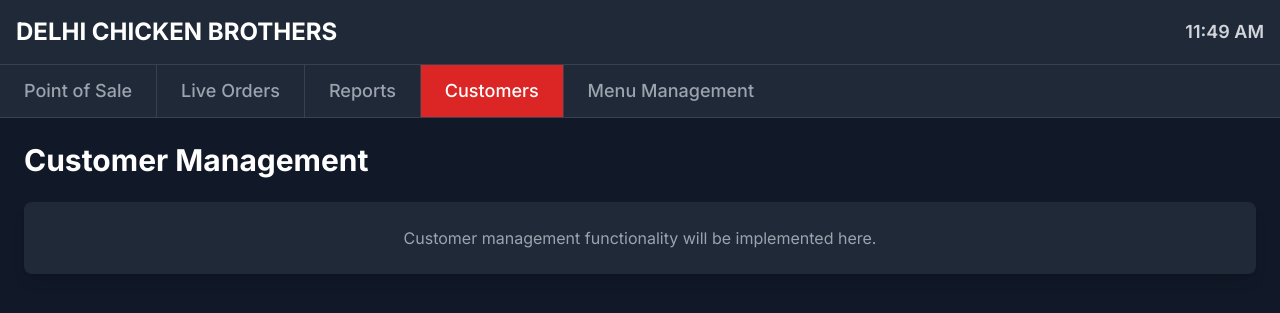
Repository: roydigital/dcb-pos-app
Page: customers.html
An editor plug-in stored every save of this project. The page is shown before and after the next save, followed by the edit.
The browser window is 1280 px wide. The pictures show the whole page.
The page's requests for data from a server got no answer. Some web libraries are served in a nearby version.

Above is the page before, as saved 2025-09-15 16:44:04.

After the next save:
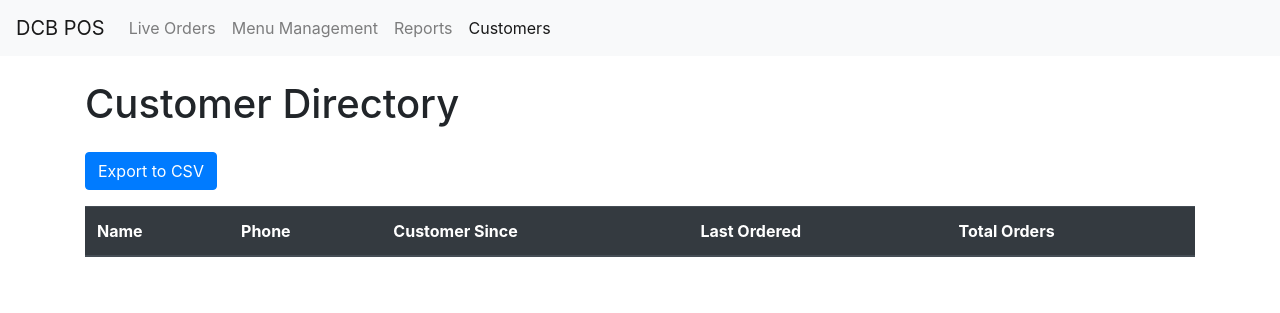
Saved 3 min 1 s later.
--- a/customers.html
+++ b/customers.html
@@ -3,56 +3,92 @@
 <head>
     <meta charset="UTF-8">
     <meta name="viewport" content="width=device-width, initial-scale=1.0">
-    <title>Customers - DCB POS</title>
-    <script src="https://cdn.tailwindcss.com"></script>
-    <link rel="preconnect" href="https://fonts.googleapis.com">
-    <link rel="preconnect" href="https://fonts.gstatic.com" crossorigin>
-    <link href="https://fonts.googleapis.com/css2?family=Inter:wght@400;500;600;700&display=swap" rel="stylesheet">
-    <style>
-        body {
-            font-family: 'Inter', sans-serif;
-        }
-    </style>
+    <title>Customer Directory</title>
+    <link rel="stylesheet" href="https://stackpath.bootstrapcdn.com/bootstrap/4.5.2/css/bootstrap.min.css">
 </head>
-<body class="bg-gray-900 text-gray-200">
-    <div class="flex flex-col h-screen">
-        <!-- Header -->
-        <header class="bg-gray-800 p-4 flex justify-between items-center shadow-md">
-            <h1 class="text-2xl font-bold text-white">DELHI CHICKEN BROTHERS</h1>
-            <div id="current-time" class="text-lg font-semibold text-gray-300"></div>
-        </header>
+<body>
+    <nav class="navbar navbar-expand-lg navbar-light bg-light">
+        <a class="navbar-brand" href="#">DCB POS</a>
+        <div class="collapse navbar-collapse">
+            <ul class="navbar-nav mr-auto">
+                <li class="nav-item">
+                    <a class="nav-link" href="/index.html">Live Orders</a>
+                </li>
+                <li class="nav-item">
+                    <a class="nav-link" href="/menu-management.html">Menu Management</a>
+                </li>
+                <li class="nav-item">
+                    <a class="nav-link" href="/reports.html">Reports</a>
+                </li>
+                <li class="nav-item active">
+                    <a class="nav-link" href="/customers.html">Customers <span class="sr-only">(current)</span></a>
+                </li>
+            </ul>
+        </div>
+    </nav>
 
-        <!-- Navigation Bar -->
-        <nav class="bg-gray-800 border-t border-b border-gray-700">
-            <div class="flex">
-                <a href="index.html" class="px-6 py-3 text-lg font-medium text-gray-400 hover:bg-gray-700 border-r border-gray-700">Point of Sale</a>
-                <a href="live-orders.html" class="px-6 py-3 text-lg font-medium text-gray-400 hover:bg-gray-700 border-r border-gray-700">Live Orders</a>
-                <a href="reports.html" class="px-6 py-3 text-lg font-medium text-gray-400 hover:bg-gray-700 border-r border-gray-700">Reports</a>
-                <a href="customers.html" class="px-6 py-3 text-lg font-medium bg-red-600 text-white border-r border-gray-700">Customers</a>
-                <a href="menu-management.html" class="px-6 py-3 text-lg font-medium text-gray-400 hover:bg-gray-700">Menu Management</a>
-            </div>
-        </nav>
-
-        <!-- Main Content -->
-        <main class="flex-grow p-6">
-            <h2 class="text-3xl font-bold text-white mb-6">Customer Management</h2>
-            <!-- Customer management content will go here -->
-             <div class="bg-gray-800 rounded-lg shadow-lg p-6">
-                <p class="text-center text-gray-400">Customer management functionality will be implemented here.</p>
-            </div>
-        </main>
+    <div class="container mt-4">
+        <h1 class="mb-4">Customer Directory</h1>
+        <button id="export-btn" class="btn btn-primary mb-3">Export to CSV</button>
+        <table class="table table-striped">
+            <thead class="thead-dark">
+                <tr>
+                    <th>Name</th>
+                    <th>Phone</th>
+                    <th>Customer Since</th>
+                    <th>Last Ordered</th>
+                    <th>Total Orders</th>
+                </tr>
+            </thead>
+            <tbody id="customer-table-body">
+                <!-- Customer data will be inserted here -->
+            </tbody>
+        </table>
     </div>
 
     <script>
-        function updateTime() {
-            const timeEl = document.getElementById('current-time');
-            const now = new Date();
-            timeEl.textContent = now.toLocaleTimeString('en-US', { hour: '2-digit', minute: '2-digit', hour12: true });
+        document.addEventListener('DOMContentLoaded', fetchAndDisplayCustomers);
+
+        async function fetchAndDisplayCustomers() {
+            try {
+                const response = await fetch('/api/customers');
+                const customers = await response.json();
+                const tableBody = document.getElementById('customer-table-body');
+                tableBody.innerHTML = ''; // Clear existing rows
+
+                customers.forEach(customer => {
+                    const row = document.createElement('tr');
+
+                    const nameCell = document.createElement('td');
+                    nameCell.textContent = customer.name;
+                    row.appendChild(nameCell);
+
+                    const phoneCell = document.createElement('td');
+                    phoneCell.textContent = customer.phone;
+                    row.appendChild(phoneCell);
+
+                    const sinceCell = document.createElement('td');
+                    sinceCell.textContent = new Date(customer.createdAt).toLocaleDateString();
+                    row.appendChild(sinceCell);
+
+                    const lastOrderedCell = document.createElement('td');
+                    lastOrderedCell.textContent = customer.lastOrdered ? new Date(customer.lastOrdered).toLocaleDateString() : 'N/A';
+                    row.appendChild(lastOrderedCell);
+
+                    const totalOrdersCell = document.createElement('td');
+                    totalOrdersCell.textContent = customer.totalOrders;
+                    row.appendChild(totalOrdersCell);
+
+                    tableBody.appendChild(row);
+                });
+            } catch (error) {
+                console.error('Error fetching customers:', error);
+            }
         }
 
-        // Initial calls
-        updateTime();
-        setInterval(updateTime, 1000);
+        document.getElementById('export-btn').addEventListener('click', () => {
+            window.location.href = '/api/customers/export';
+        });
     </script>
 </body>
 </html>
